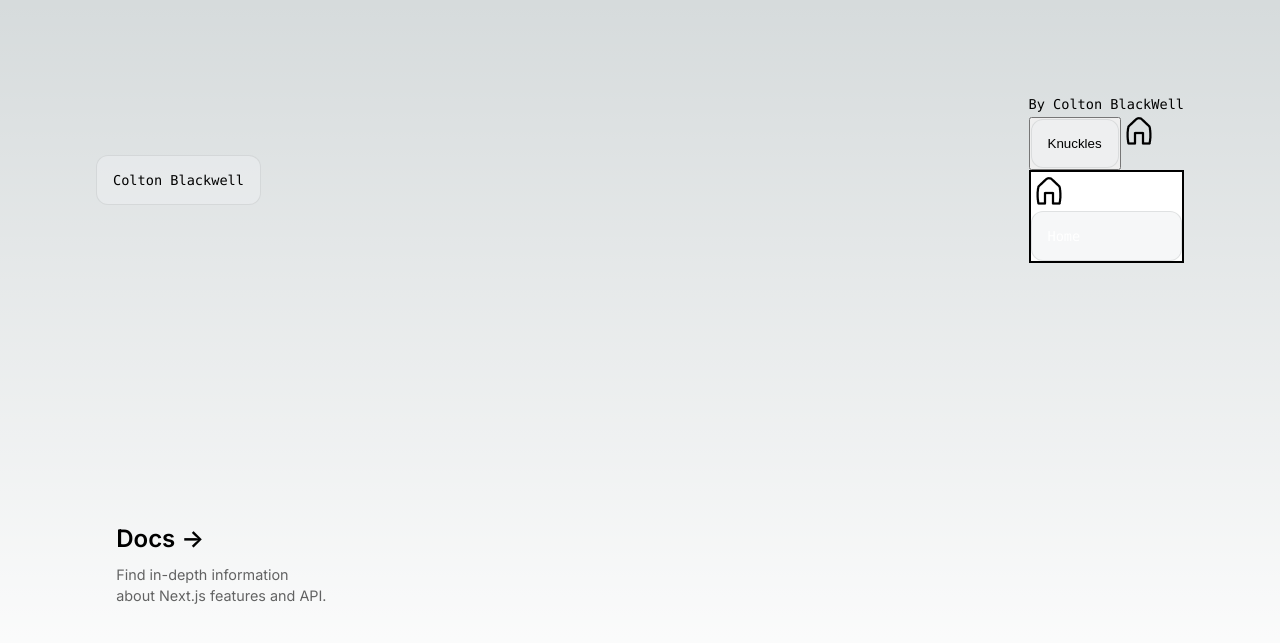
Repository: coltonBlackwell/Music_Quiz
Page: /
These files come from the project's save history. The page is drawn as it stood at one moment and after the next save; the edit follows.
The browser window is 1280 px wide. The pictures show the whole page.
The project was rebuilt for these pictures with package versions that can differ from the ones it lists, and the page was loaded fresh each time. The framework's server and built-in components were replaced by stand-ins that run in the browser. Also part of the build but not shown: next.config.mjs.

Above is the page before, as saved 2024-06-30 14:33:03.

### src/app/page.tsx
import Image from "next/image";
import styles from "./page.module.css";
import Retake from "../../components/atoms/retake_Button"
import HomeIcon from "../../components/atoms/icon_home"
import HomeIconNav from "../../components/molecules/icon_home_Navigation"

export default function Home() {
  return (
    <main className={styles.main}>
      <div className={styles.description}>
        <p>
          Colton Blackwell
        </p>
        <div>
          <a
            href="https://vercel.com?utm_source=create-next-app&utm_medium=appdir-template&utm_campaign=create-next-app"
            target="_blank"
            rel="noopener noreferrer"
          >
            By Colton BlackWell
          </a>
          <Retake/>
          <HomeIcon/>
          <HomeIconNav/>
        </div>
      </div>


      <div className={styles.grid}>
        <a
          href="https://nextjs.org/docs?utm_source=create-next-app&utm_medium=appdir-template&utm_campaign=create-next-app"
          className={styles.card}
          target="_blank"
          rel="noopener noreferrer"
        >
          <h2>
            Docs <span>-&gt;</span>
          </h2>
          <p>Find in-depth information about Next.js features and API.</p>
        </a>
      </div>
    </main>
  );
}

### src/app/globals.css
:root {
  --max-width: 1200px;
  --border-radius: 12px;
  --font-mono: ui-monospace, Menlo, Monaco, "Cascadia Mono", "Segoe UI Mono",
    "Roboto Mono", "Oxygen Mono", "Ubuntu Monospace", "Source Code Pro",
    "Fira Mono", "Droid Sans Mono", "Courier New", monospace;

  --foreground-rgb: 0, 0, 0;
  --background-start-rgb: 214, 219, 220;
  --background-end-rgb: 255, 255, 255;

  --primary-glow: conic-gradient(
    from 180deg at 50% 50%,
    #16abff33 0deg,
    #0885ff33 55deg,
    #54d6ff33 120deg,
    #0071ff33 160deg,
    transparent 360deg
  );
  --secondary-glow: radial-gradient(
    rgba(255, 255, 255, 1),
    rgba(255, 255, 255, 0)
  );

  --tile-start-rgb: 239, 245, 249;
  --tile-end-rgb: 228, 232, 233;
  --tile-border: conic-gradient(
    #00000080,
    #00000040,
    #00000030,
    #00000020,
    #00000010,
    #00000010,
    #00000080
  );

  --callout-rgb: 238, 240, 241;
  --callout-border-rgb: 172, 175, 176;
  --card-rgb: 180, 185, 188;
  --card-border-rgb: 131, 134, 135;
}

@media (prefers-color-scheme: dark) {
  :root {
    --foreground-rgb: 255, 255, 255;
    --background-start-rgb: 0, 0, 0;
    --background-end-rgb: 0, 0, 0;

    --primary-glow: radial-gradient(rgba(1, 65, 255, 0.4), rgba(1, 65, 255, 0));
    --secondary-glow: linear-gradient(
      to bottom right,
      rgba(1, 65, 255, 0),
      rgba(1, 65, 255, 0),
      rgba(1, 65, 255, 0.3)
    );

    --tile-start-rgb: 2, 13, 46;
    --tile-end-rgb: 2, 5, 19;
    --tile-border: conic-gradient(
      #ffffff80,
      #ffffff40,
      #ffffff30,
      #ffffff20,
      #ffffff10,
      #ffffff10,
      #ffffff80
    );

    --callout-rgb: 20, 20, 20;
    --callout-border-rgb: 108, 108, 108;
    --card-rgb: 100, 100, 100;
    --card-border-rgb: 200, 200, 200;
  }
}

* {
  box-sizing: border-box;
  padding: 0;
  margin: 0;
}

html,
body {
  max-width: 100vw;
  overflow-x: hidden;
}

body {
  color: rgb(var(--foreground-rgb));
  background: linear-gradient(
      to bottom,
      transparent,
      rgb(var(--background-end-rgb))
    )
    rgb(var(--background-start-rgb));
}

a {
  color: inherit;
  text-decoration: none;
}

@media (prefers-color-scheme: dark) {
  html {
    color-scheme: dark;
  }
}

### components/atoms/retake_Button.tsx
export default function Retake_Button(){
    return(
        <button>
            <p>Knuckles</p>
        </button>
    );
}

### components/atoms/icon_home.tsx
import Image from "next/image";
import IconHome from "../../public/home.png"

export default function Icon_Home(){
    return(
        <Image src={IconHome} alt="home"/>
    );
}

### components/molecules/icon_home_Navigation.tsx
import Image from "next/image";
import HomeIcon from "../../components/atoms/icon_home"

export default function Icon_Home_Navigation(){
    return(
        <div style={{ border: '2px solid black', width: '100%', backgroundColor: "white", color:"white" }}>
            <HomeIcon />
            <p>Home</p>
        </div>
    );
}

Loaded but not shown: src/app/layout.tsx (common file); src/app/page.module.css (common file)

After the next save:
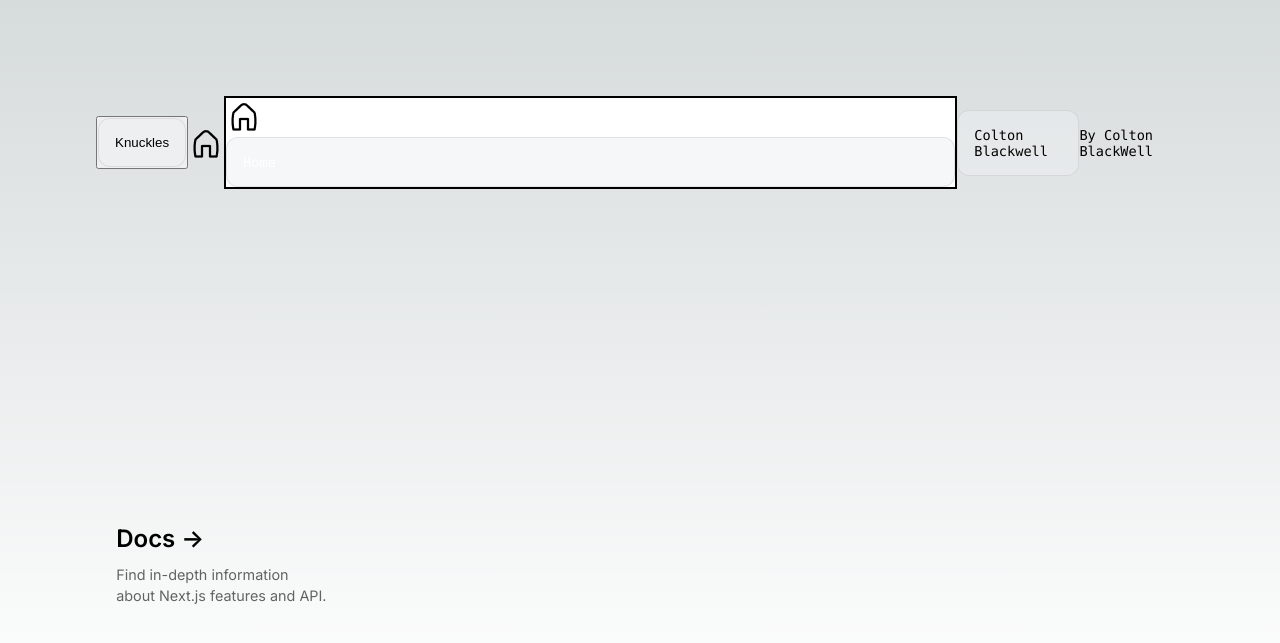
Saved 22 s later.
--- a/src/app/page.tsx
+++ b/src/app/page.tsx
@@ -8,6 +8,9 @@ export default function Home() {
   return (
     <main className={styles.main}>
       <div className={styles.description}>
+      <Retake/>
+          <HomeIcon/>
+          <HomeIconNav/>
         <p>
           Colton Blackwell
         </p>
@@ -19,9 +22,6 @@ export default function Home() {
           >
             By Colton BlackWell
           </a>
-          <Retake/>
-          <HomeIcon/>
-          <HomeIconNav/>
         </div>
       </div>
 
